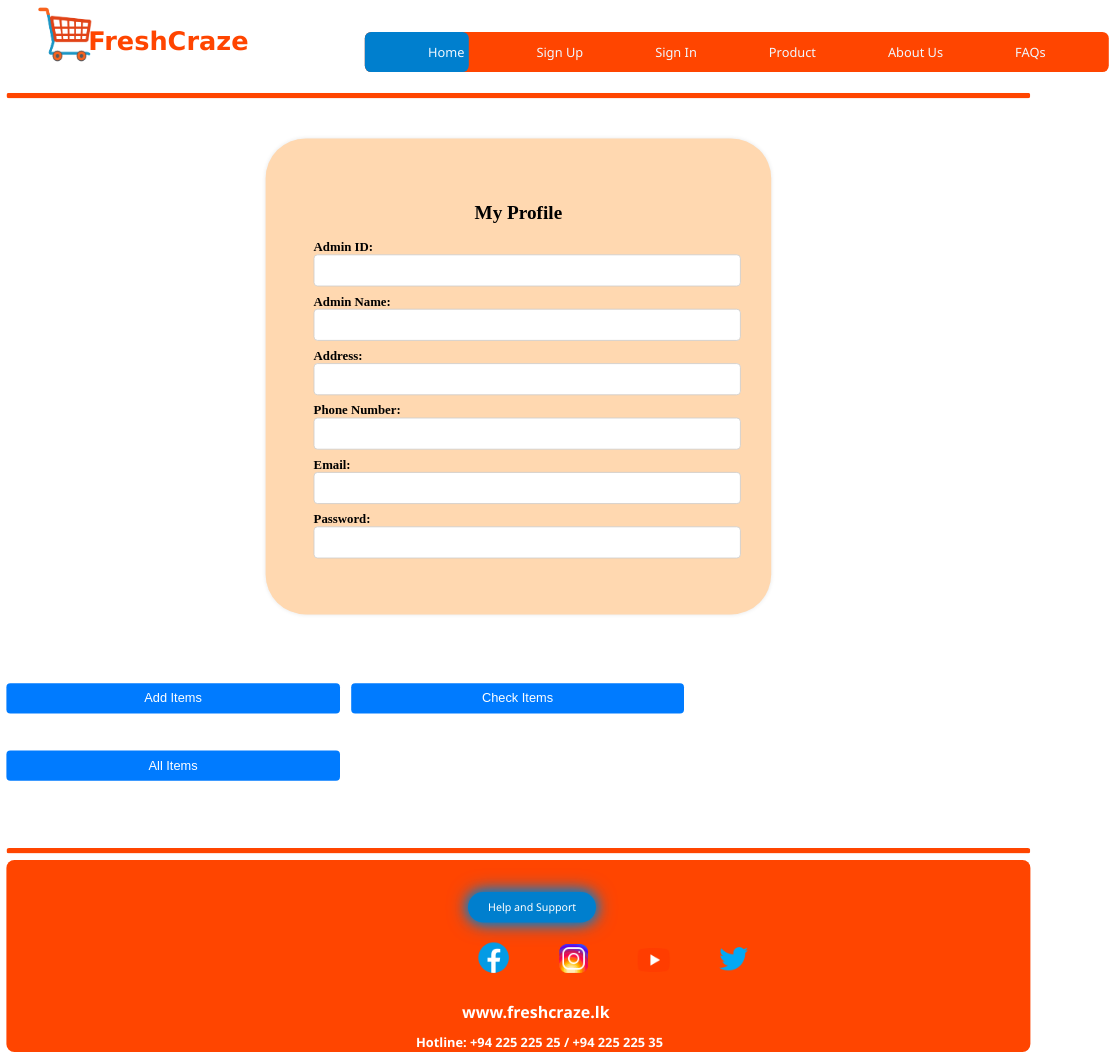
Repository: shanika2002/FreshCraze
Page: http://localhost/itemDem/profile.jsp
These files come from the project's save history. The page is drawn as it stood at one moment and after the next save; the edit follows.
The browser window is 1280 px wide. The page is 1386 px wide, so the pictures cover 1386 px, including what lies to the right of the window. The pictures show the whole page, at 80% of full size.
The page is served by Tomcat 9. Other server files are loaded and not shown. The template is opened directly, without the code that normally fills it, so the values that code supplies are empty.

Above is the page before, as saved 2024-05-11 08:30:47.

### itemDem/src/main/webapp/profile.jsp
<%@ page language="java" contentType="text/html; charset=ISO-8859-1"
	pageEncoding="ISO-8859-1"%>

<%@ taglib uri="http://java.sun.com/jsp/jstl/core" prefix="c"%>

<!DOCTYPE html>
<html>
<head>
<link rel="stylesheet" href="css/adminprofile.css">
<meta charset="ISO-8859-1">
<title>Insert title here</title>
</head>
<body>

	<img src="images\logo.png" class="logo">

	<h1 class="logo_topic">FreshCraze</h1>

	<nav class="navbar">
		<a href="index.jsp">Home</a> <a href="register.jsp">Sign Up</a> <a href="mainLogin.jsp">Sign
			In</a> <a href="addItem.jsp">Product</a> <a href="link">About Us</a> <a
			href="link">FAQs</a> <span></span>
	</nav>

	<hr class="topic_line">

<div class="container">
	<h2>My Profile</h2>

	<c:set var="ad" value="${admin}" />
	<div class="form-group">
		<label for="supplierid">Admin ID:</label> <input type="text"
			id="adminid" name="adminid" required value="${ad.id }">
	</div>
	<div class="form-group">
		<label for="suppliername">Admin Name:</label> <input type="text"
			id="adminname" name="adminname" required value="${ad.name }">
	</div>
	<div class="form-group">
		<label for="address">Address:</label> <input type="text" id="address"
			name="address" required value="${ad.address }">
	</div>
	<div class="form-group">
		<label for="phonenumber">Phone Number:</label> <input type="tel"
			id="phonenumber" name="phonenumber" pattern="[0-9]{10}" required
			value="${ad.phoneNumber }">
	</div>
	<div class="form-group">
		<label for="email">Email:</label> <input type="email" id="email"
			name="email" required value="${ad.email }">
	</div>
	<div class="form-group">
		<label for="password">Password:</label> <input type="password"
			id="text" name="password" required value="${ad.password }">
	</div>
</div>
	<br><br>

	<form action="addItem.jsp" method="post">
		<button type="submit">Add Items</button><br><br>
	</form>

	<form action="checkItem.jsp" method="post">
		<button type="submit">Check Items</button><br><br>
	</form>

	<form action="adminItem" method="post">
		<button type="submit">All Items</button><br><br>
	</form>

	<hr class="footer_line">

	<div class="footer">
		<a href="link" target="_blank">
			<button type="button" class="help_button">Help and Support</button>
		</a>

		<div class="fb_icon">
			<a href="https://www.facebook.com/" target="_blank"><img
				src="images/facebook.png"></a>
		</div>

		<div class="insta_icon">
			<a href="https://www.instagram.com/" target="_blank"><img
				src="images/insta.png"></a>
		</div>

		<div class="twitt_icon">
			<a href="https://www.twitter.com/" target="_blank"><img
				src="images/Twitter.png"></a>
		</div>

		<div class="yt_icon">
			<a href="https://www.youtube.com/" target="_blank"><img
				src="images/yt.png"></a>
		</div>
	</div>

	<div class="contacts">
		<h1 class="link">www.freshcraze.lk</h1>
		<h1>Hotline: +94 225 225 25 / +94 225 225 35</h1>
	</div>

</body>
</html>

### itemDem/src/main/webapp/css/adminprofile.css
@charset "ISO-8859-1";

body{
    background-color: #ffffff;
    background-repeat: no-repeat;
    background-attachment: fixed;
    background-position: center;
    width: 100%;
}

.logo{
    width: 70px;
    height: 70px;
    margin-left: 3%;
}

.logo_topic{
    font-family: verdana;
    margin-left: 8%;
    margin-top: -3.9%;
    color: orangered;
}

.navbar{
    margin-left:35%;
    margin-top:-4%;
    padding: 0;
    box-sizing: border-box;
    font-family: 'Segoe UI';
    display: flex;
    justify-content:center;
    align-items: center;
    min-height: 5vh;

    position:relative;
    background-color: orangered;
    border-radius: 8px;
    width: 930px;
    height: 50px;
    display: flex;
}

nav a{
    position: relative;
    display: inline-block;
    font-size: 1em;
    font-weight: 500;
    color: aliceblue;
    text-decoration: none;
    padding: 45px;
    z-index: 1;
}

nav span{
    position: absolute;
    top: 0;
    left: 0;
    width: 130px;
    height: 100%;
    background-color:rgb(0, 127, 206);
    border-radius: 8px;
    transition: .3s;
}

nav a:nth-child(1):hover~span{
    left: 0;
    width: 400;
}

nav a:nth-child(2):hover~span{
    left: 170px;
    width: 110px;
}

nav a:nth-child(3):hover~span{
    left:300px;
    width: 110px;
}

nav a:nth-child(4):hover~span{
    left: 450px;
    width: 150px;
}

nav a:nth-child(5):hover~span{
    left: 650px;
    width: 110px;
}

nav a:nth-child(6):hover~span{
    left: 805px;
    width: 125px;
}



.topic_line{
    border: none;
    margin-top: 2%;
    border-top: 7px solid orangered;
    border-radius: 10px;
}

.help_button{
    box-shadow:0 0 15px rgb(0, 127, 206),0 0 25px rgb(0, 127, 206);
    border: none;
    width: 160px;
    margin-left: 44%;
    font-family: 'Segoe UI';
    padding: 10px 12px;
    color: #ffffff;
    background-color:rgb(0, 127, 206);
    border-radius: 20px;
}

.help_button:hover{
    box-shadow: 0 0 25px rgb(0, 127, 206);
}

.fb_icon{
    margin-left: 560px;
    margin-top: 20px;
}

.insta_icon{
    margin-left: 660px;
    margin-top: -51px;
}

.yt_icon{
    margin-left: 760px;
    margin-top: -51px;
}

.twitt_icon{
    margin-left: 860px;
    margin-top: -51px;
}

.container {
    width: 40%;
    margin: 50px auto;
    background-color: #ffd8b0;
    padding: 60px;
    border-radius: 50px;
    box-shadow: 0 0 5px rgba(0, 0, 0, 0.1);
  }

  h2 {
    text-align: center;
  }

  form {
    width: 100%;
  }

  .form-group {
    margin-bottom: 10px;
  }

  .form-group label {
    display: block;
    font-weight: bold;
  }

  .form-group input[type="text"],
  .form-group input[type="email"],
  .form-group input[type="tel"],
  .form-group input[type="password"]{
    width: 100%;
    padding: 10px;
    border: 1px solid #ccc;
    border-radius: 5px;
    font-size: 16px;
  }


form {
    display: inline-block;
    width: calc(33.33% - 10px); /* Adjust width and margin as needed */
    margin-right: 10px; /* Adjust as needed for spacing between buttons */
}

button[type="submit"] {
    display: block; /* Ensures button fills the form's width */
    width: 100%;
    background-color: #007bff;
    color: #fff;
    padding: 10px 20px;
    border: none;
    border-radius: 5px;
    cursor: pointer;
    font-size: 16px;
    margin-bottom: 10px; /* Optional: Adjust for vertical spacing */
}

button[type="submit"]:hover {
    background-color: #0056b3;
}


.footer{
    height: 200px;
    background-color: orangered;
    padding-top: 40px;
    padding-left: 25px;
    border-radius: 10px;
}

.footer_line{
    border: none;
    margin-top: 3%;
    border-top: 7px solid orangered;
    border-radius: 10px;
}

.contacts{
    font-size: 8px;
    color:rgb(255, 255, 255);
    font-family: 'Segoe UI';
    margin-left: 40%;
    margin-top: -5%;
}

.link{
    font-size: 20px ;
    margin-top: -6%;
    margin-left: 7.5%;
}

After the next save:
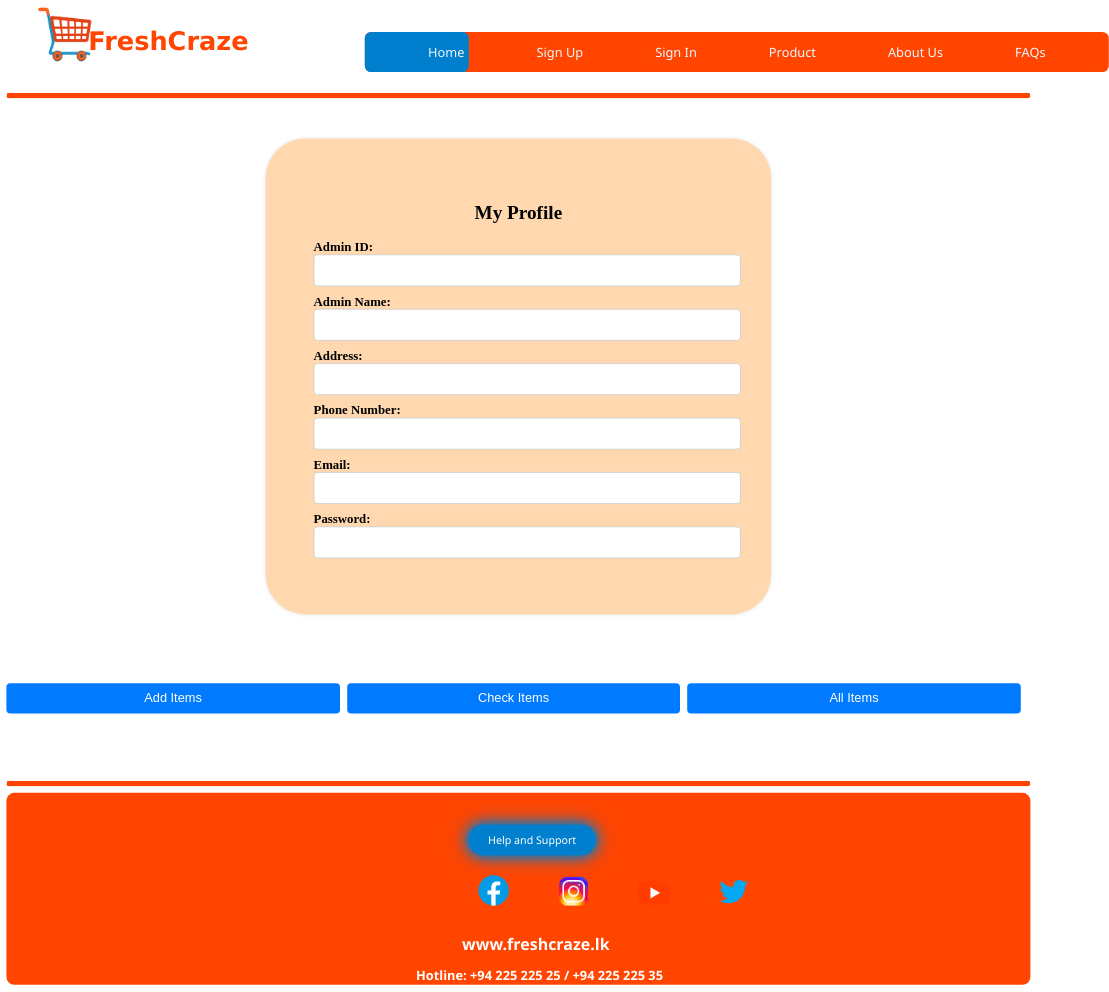
Saved 21 s later.
--- a/itemDem/src/main/webapp/css/adminprofile.css
+++ b/itemDem/src/main/webapp/css/adminprofile.css
@@ -177,8 +177,8 @@ nav a:nth-child(6):hover~span{
 
 form {
     display: inline-block;
-    width: calc(33.33% - 10px); /* Adjust width and margin as needed */
-    margin-right: 10px; /* Adjust as needed for spacing between buttons */
+    width: calc(33.33% - 10px);
+    margin-right: 5px;
 }
 
 button[type="submit"] {
